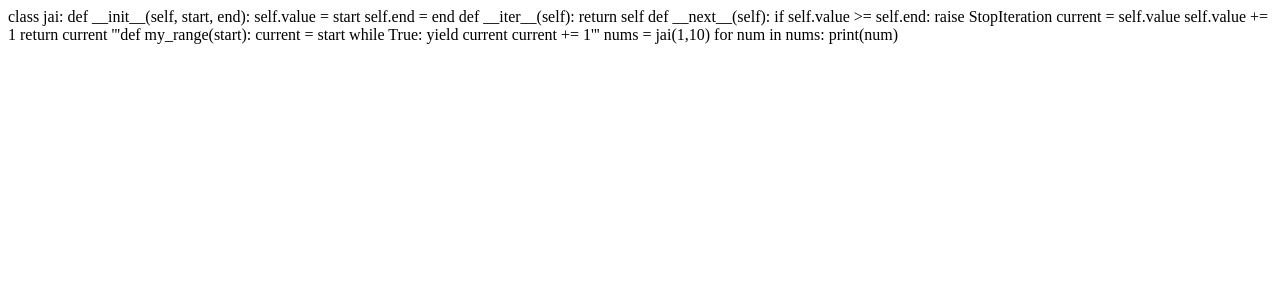
Repository: JAYAPRAKASH7541/jai7541
Page: python_sample_package/simple.html
The author's editor kept a record of every edit. The page is drawn from the files as they stood at one moment, then again after the next edit.
The browser window is 1280 px wide. The pictures show the whole page.

Above is the page before.

### python_sample_package/simple.html

class jai:

    def __init__(self, start, end):
        self.value = start
        self.end = end

    def __iter__(self):
        return self

    def __next__(self):
        if self.value >= self.end:
            raise StopIteration
        current = self.value
        self.value += 1
        return current


'''def my_range(start):
    current = start
    while True:
        yield current
        current += 1'''


nums = jai(1,10)

for num in nums:
    print(num)

After the next edit:
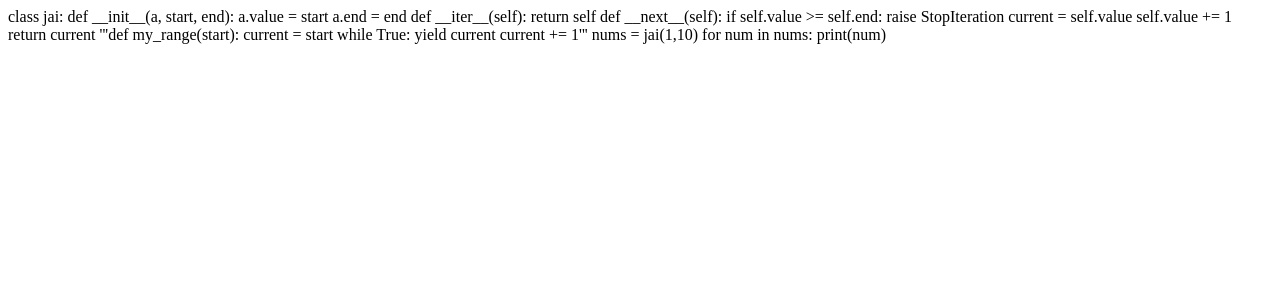
The edit:
--- a/python_sample_package/simple.html
+++ b/python_sample_package/simple.html
@@ -1,9 +1,9 @@
 
 class jai:
 
-    def __init__(self, start, end):
-        self.value = start
-        self.end = end
+    def __init__(a, start, end):
+        a.value = start
+        a.end = end
 
     def __iter__(self):
         return self
